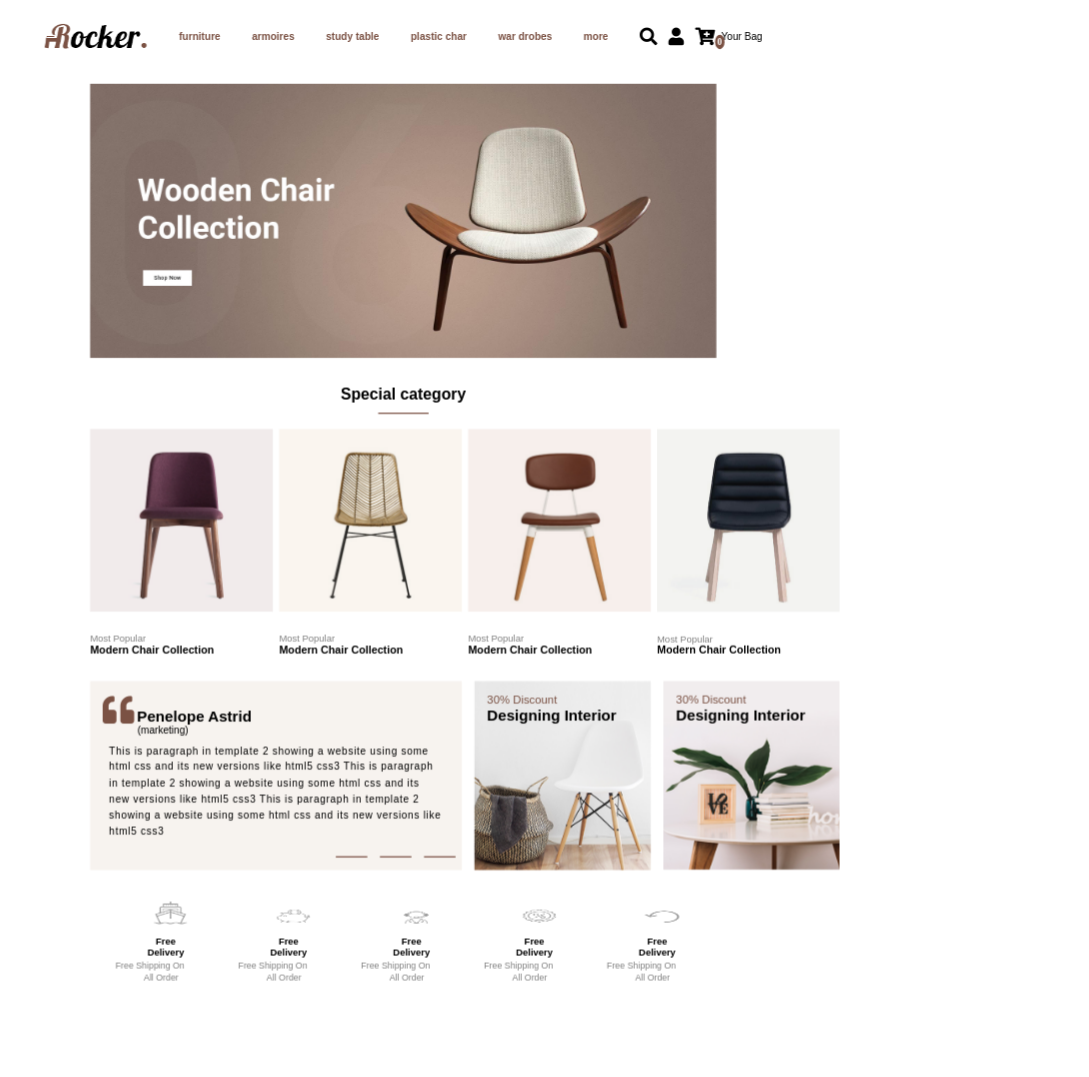
Repository: Ahmed123rezk123/p2-template
Page: index.html
These files come from the project's save history. The page is drawn as it stood at one moment and after the next save; the edit follows.
The browser window is 1280 px wide. The page is 1333 px wide, then 1728 px, so the pictures cover 1728 px, including what lies to the right of the window. The pictures show the whole page, at 63% of full size.

Above is the page before, as saved 2024-01-24 23:17:21.

### index.html
<!DOCTYPE html>
<html lang="en">
<head>
   <meta charset="UTF-8">
    <title>Project2</title>
  <link rel="stylesheet" href="css/style.css">
  <link rel="stylesheet" href="css/all.css">
</head>
<body>
    <!-- Header -->
    <header>
        <div class="container">
        <div class="logo">
            <a href="#"><img src="images/logo.png" alt="LOGO"></a>
        </div>
        <nav>
            <ul>
                <li><a href="#" class="active">furniture</a></li>
                <li><a href="#">armoires</a></li>
                <li><a href="#">study table</a></li>
                <li><a href="#">plastic char</a></li>
                <li><a href="#">war drobes</a></li>
                <li><a href="#">more</a></li>
            </ul>
            <div class="icons">
            <i class="fas fa-search"></i>
            <i class="fas fa-user"></i>
            <i class="fas fa-cart-plus i3"></i>
            </div>
        <span>Your Bag</span>
        </nav>
        </div>
    </header>
    <!-- Start Section 1 -->
    <section class="section1">
        <div class="container">
            <img src="images/main-banner-1-1600x700.jpg" alt="">
        </div>
    </section>
    <!-- End Section 1 -->
    <!-- Start Section 2 -->
    <section class="section2">
        <div class="container">
            <div class="div">
            <h2 class="specail">Special category</h2>
            <div class="line"></div>
            </div>
           <div class="parent1">
            <div class="div1">
                <img src="images/category-banner1.jpg" alt="">
                <p>Most Popular</p>
            <h3>Modern Chair Collection</h3>
            </div>
            <div class="div2">
                <img src="images/category-banner2.jpg" alt="">
                <p>Most Popular</p>
                <h3>Modern Chair Collection</h3></div>
            <div class="div3">
                <img src="images/category-banner3.jpg" alt="">
                <p>Most Popular</p>
                <h3>Modern Chair Collection</h3>
            </div>
            <div class="div4">
                <img src="images/category-banner4.jpg" alt="">
                <p>Most Popular</p>
                <h3>Modern Chair Collection</h3>
            </div>
            <div class="div5">
                <i class="fas fa-quote-left comma"></i>
                <h2>Penelope Astrid</h2>
                <span>(marketing)</span>
                <p>This is paragraph in template 2 showing a website using some html css and its new versions like html5 css3 This is paragraph in template 2 showing a website using some html css and its new versions like html5 css3 This is paragraph in template 2 showing a website using some html css and its new versions like html5 css3</p>
                <div class="child"></div>
            </div>
            <div class="div6"></div>
            <div class="div7">
                <p>30% Discount</p>
                <h2>Designing Interior</h2>
            </div>
            <div class="div8">
                <p>30% Discount</p>
                <h2>Designing Interior</h2>
            </div>
            <div class="parent2">
                <div class="div1-1">
                    <img src="images/icon1-1.png" alt="">
                    <div class="content-div1">
                    <h3>Free Delivery</h3>
                    <span>Free Shipping On All Order</span>
                </div>
                </div>
                <div class="div2-1">
                    <img src="images/icon2-1.png" alt="">
                    <div class="content-div2">
                        <h3>Free Delivery</h3>
                        <span>Free Shipping On All Order</span>
                    </div>
                </div>
                <div class="div3-1">
                    <img src="images/icon3-1.png" alt="">
                    <div class="content-div3">
                        <h3>Free Delivery</h3>
                        <span>Free Shipping On All Order</span>
                    </div>
                </div>
                <div class="div4-1">
                    <img src="images/icon4-1.png" alt="">
                    <div class="content-div4">
                        <h3>Free Delivery</h3>
                        <span>Free Shipping On All Order</span>
                    </div>
                </div>
                <div class="div5-1">
                    <img src="images/icon5-1.png" alt="">
                    <div class="content-div5">
                        <h3>Free Delivery</h3>
                        <span>Free Shipping On All Order</span>
                    </div>
                </div>
            </div>
           </div>
        </div>
    </section>
    <!-- End Section 2 -->
</body>
</html>

### css/style.css
/* Start variables */
:root {
    --maincolor: #7b5244;
    --subcolor: #333;
}
/* End variables */
/* Start Global Rules   */
* {
    -webkit-box-sizing: border-box;
    -moz-box-sizing: border-box;
    box-sizing: border-box;
   padding: 0;
   margin: 0;
}
body {
    font-family: Arial, Helvetica, sans-serif;
    perspective: 700px;
    transform-style: preserve-3d;
}
html {
    scroll-behavior: smooth;
}
ul {
    list-style: none;
}
.container {
    width: 80%;
    padding-left: 15px;
    padding-right: 15px;
    margin-left: auto;
    margin-right: auto;
}

/* Small */

@media(min-width: 768px) {
    .container {
       width: 750px;
    }
}

/* Medium */

@media(min-width: 992px) {
    .container {
        width: 970px;
    }
}

/* Large  */

@media(min-width: 1200px) {
    .container {
        width: 1170px;
    }
}
/* End Global Rules   */
/* Start Header */
header .container {
    display: flex;
    justify-content: space-between;
    align-items: center;
    position: relative;
    min-height: 97px;
 }
 header nav {
    flex: 1;
    display: flex;
    align-items: center;
    justify-content: flex-end;
}
 header nav ul {
    display: flex;

}
header nav ul li a {

    display: block;
    color: var(--maincolor);
    text-decoration: none;
    font-size: 16px;
    font-weight: bold;
    padding: 50px 0px;
    margin-right: 50px;
}

/* header nav ul li a:hover::before{
content: "";
position: absolute;
border-left: 2px solid var(--maincolor);
border-right: 2px solid var(--maincolor);
width: 60px;
height: 35px;

}  */
header nav .icons {
    font-weight: bold;
    font-size: 28px;
   word-spacing: 10px;
   margin-right: 10px;
}
header nav .icons .i3::after {
    position: absolute;
    content: "0";
    background-color: #7b5244;
    color: #fff;
    padding: 4px;
    border-radius: 50%;
    font-size: 15px;
    bottom: 40px;
    right: 75px;

}
/* End Header */


/* Start section 1 */
.section1 .container {
    width: 80%;
    position: relative;
    margin-top: 15px;
    margin-bottom: 40px;
    margin-left: auto;
    margin-right: auto;

}
.section1 .container img{
 width: 100%;
}
/* End section 1 */


/* Start Section 2 */
.section2 .container {
    width: 80%;
    position: relative;
}
.section2 .container .div {
    margin: 40px auto;
}
.section2 .container .specail {
    text-align: center;
    font-size: 25px;
}
.section2 .container .line {
 position: relative;
}
.section2 .container .line::before {
    content: "";
    position: absolute;
    width: 8%;
    height: 2px;
    background-color: var(--maincolor);
    top: 50%;
    left: 50%;
    transform: translate(-50%,-50%);
    margin: 15px 0;
    transition: .5s;
}
.section2 .container .div:hover  .line::before {
    content: "";
    position: absolute;
    width: 13%;
    height: 2px;
    background-color: var(--maincolor);
    top: 50%;
    left: 50%;
    transform: translate(-50%,-50%);
    margin: 15px 0;
}
.section2 .container .parent1 {
    width: 80%;
    display: grid;
    grid-template-columns: 200px 200px 200px 200px;
    grid-template-rows: 250px 250px;
   grid-gap: 150px 100px;
}
.section2 .container .parent1 img {
    width: 290px ;
    height: 290px;
    margin-bottom: 30px;
}
.section2 .container .parent1 p {
    color: gray;
    font-size: 15px;
}
.section2 .container .parent1 h3 {
    font-size: 17px;
}
.section2 .container .parent1 .div1,
.section2 .container .parent1 .div2,
.section2 .container .parent1 .div3,
.section2 .container .parent1 .div4 {
    position: relative;
}
.section2 .container .parent1 .div1:hover::before {
position: absolute;
content: " > ";
width: 30px;
height: 30px;
background-color: brown;
color: white;
text-align: center;
font-size: 25px;
top: 330px;
left: 260px;
}
.section2 .container .parent1 .div2:hover::before {
    position: absolute;
    content: " > ";
    width: 30px;
    height: 30px;
    background-color: brown;
    color: white;
    text-align: center;
    font-size: 25px;
    top: 330px;
    left: 260px;
}
.section2 .container .parent1 .div3:hover::before {
    position: absolute;
    content: " > ";
    width: 30px;
    height: 30px;
    background-color: brown;
    color: white;
    text-align: center;
    font-size: 25px;
    top: 330px;
    left: 260px;
    }
.section2 .container .parent1 .div4:hover::before {
    position: absolute;
    content: " > ";
    width: 30px;
    height: 30px;
    background-color: brown;
    color: white;
    text-align: center;
    font-size: 25px;
    top: 330px;
    left: 260px;
    }
    .section2 .container .parent1 .div5 {
        width: 590px;
        height: 300px;
        position: relative;
        background-color: #f7f3ef;
        padding: 20px;
        grid-column: 1 / 3;
        grid-row: 2 / 3;
    }
    .section2 .container .parent1 .div5 .comma {
       font-size: 50px;
       color: var(--maincolor);
    }
    .section2 .container .parent1 .div5 h2 {
        display: inline-flex;
    }
    .section2 .container .parent1 .div5 span {
        display: block;
        margin-left: 55px;
    }
    .section2 .container .parent1 .div5 p {
        margin: 10px;
        color: black;
        font-size: 16px;
        line-height: 1.6;
        letter-spacing: 1.1px;
    }
    .section2 .container .parent1 .div5::before {
        content: "";
        position: absolute;
        width: 50px;
        height: 2px;
        background-color: var(--maincolor);
        bottom: 20px;
        right: 10px;

    }
    .section2 .container .parent1 .div5::after {
        content: "";
        position: absolute;
        width: 50px;
        height: 2px;
        background-color: var(--maincolor);
        bottom: 20px;
        right: 80px;

    }
    .section2 .container .parent1 .div5 .child::before {
        content: "";
        position: absolute;
        width: 50px;
        height: 2px;
        background-color: var(--maincolor);
        bottom: 20px;
        right: 150px;

    }
    .section2 .container .parent1 .div7 {
        width: 280px;
        height: 300px;
        position: relative;
        background-image: url(../images/cms-banner-1.jpg);
        background-size: cover;
        margin-left: 10px;
        grid-column: 3 / 4;
        grid-row: 2 / 4;
        transition: .5s;
    }

    .section2 .container .parent1 .div8 {
        width: 280px;
        height: 300px;
        position: relative;
        background-image: url(../images/cms-banner-2.jpg);
        background-size: cover;
        margin-left: 10px;
        grid-column: 4 / 5;
        grid-row: 2 / 5;
        transition: .5s;
    }
    .section2 .container .parent1 .div7 p,
    .section2 .container .parent1 .div8 p {
        padding-left: 20px;
        padding-top: 20px;
        font-size: 18px;
        color: var(--maincolor);
    }
    .section2 .container .parent1 .div7 h2,
    .section2 .container .parent1 .div8 h2 {
        padding-left: 20px;
    }
    .section2 .container .parent1 .div7:hover,
    .section2 .container .parent1 .div8:hover
    {
        /* width: 280px;
        height: 300px; */
        transform: scale( 1.1 , 1.1 );
    }
    .section2 .container .parent1 .parent2 {
        position: relative;
        display: flex;
        justify-content: space-between;
        margin-top: -50px;
        margin-left: -200px;
    }

    .section2 .container .parent1 .parent2 .div1-1,
    .section2 .container .parent1 .parent2 .div2-1,
    .section2 .container .parent1 .parent2 .div3-1,
    .section2 .container .parent1 .parent2 .div4-1,
    .section2 .container .parent1 .parent2 .div5-1 {
         margin-right: 140px;
     }
    .section2 .container .parent1 .parent2 .div1-1 .content-div1 ,
    .section2 .container .parent1 .parent2 .div2-1 .content-div2 ,
    .section2 .container .parent1 .parent2 .div3-1 .content-div3 ,
    .section2 .container .parent1 .parent2 .div4-1 .content-div4 ,
    .section2 .container .parent1 .parent2 .div5-1 .content-div5   {

        width: fit-content;
         margin-top: -30px;
         margin-left: -15px;

    }

    .section2 .container .parent1 .parent2 .div1-1 h3,
    .section2 .container .parent1 .parent2 .div2-1 h3,
    .section2 .container .parent1 .parent2 .div3-1 h3,
    .section2 .container .parent1 .parent2 .div4-1 h3,
    .section2 .container .parent1 .parent2 .div5-1 h3 {
        font-size: 15px;
        text-align: center;
        margin-bottom: 5px;
    }
    .section2 .container .parent1 .parent2 .div1-1 span ,
    .section2 .container .parent1 .parent2 .div2-1 span ,
    .section2 .container .parent1 .parent2 .div3-1 span  ,
    .section2 .container .parent1 .parent2 .div4-1 span ,
    .section2 .container .parent1 .parent2 .div5-1 span  {
        margin-left: -45px;
        color: gray;
        font-size: 14px;
    }
    .section2 .container .parent1 .parent2 img {


        width: 55px;
        height: 50px;
    }

/* End Section 2 */

Loaded but not shown: css/all.css (library)

After the next save:
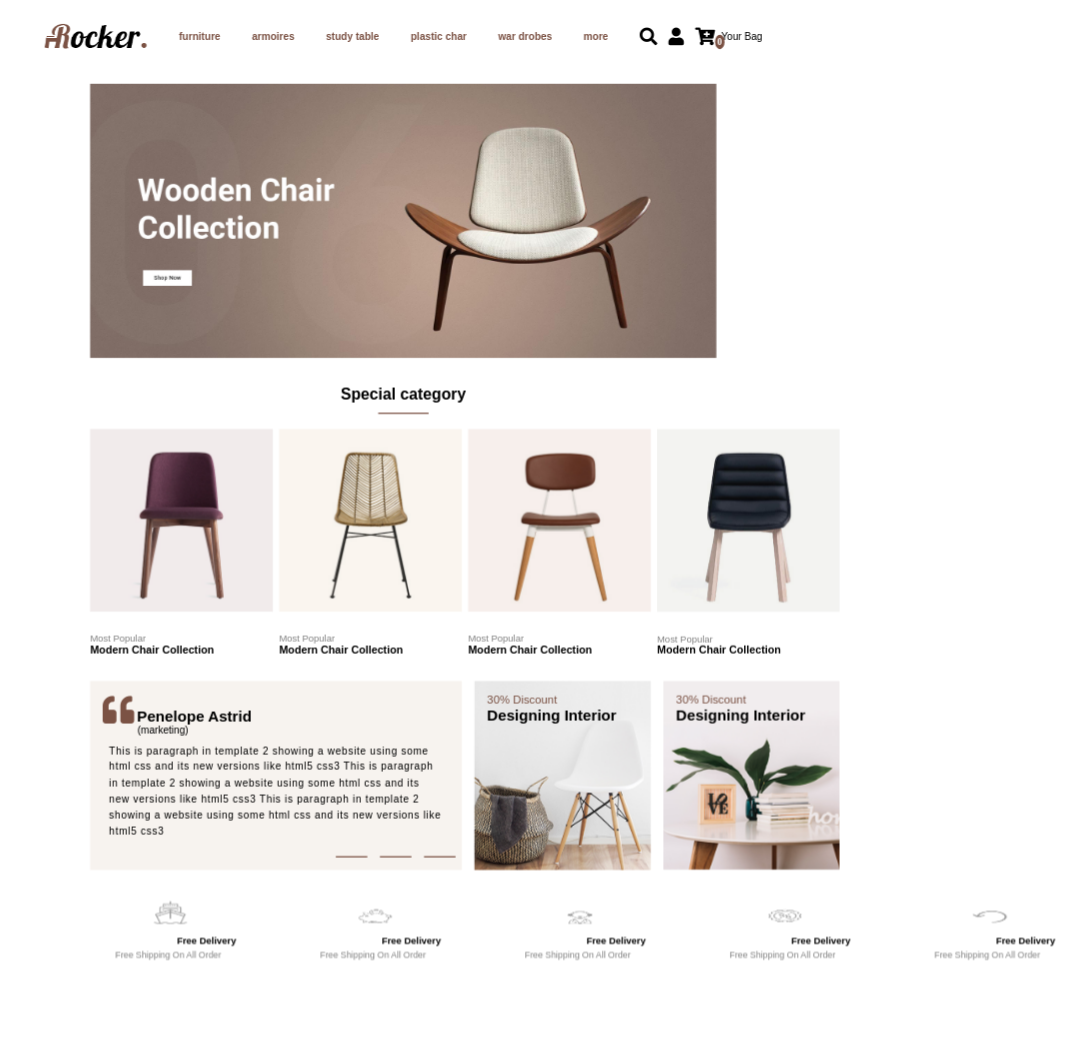
Saved 7 s later.
--- a/css/style.css
+++ b/css/style.css
@@ -360,7 +360,7 @@ left: 260px;
     .section2 .container .parent1 .parent2 .div4-1 .content-div4 ,
     .section2 .container .parent1 .parent2 .div5-1 .content-div5   {
 
-        width: fit-content;
+        width: 200px;
          margin-top: -30px;
          margin-left: -15px;
 
